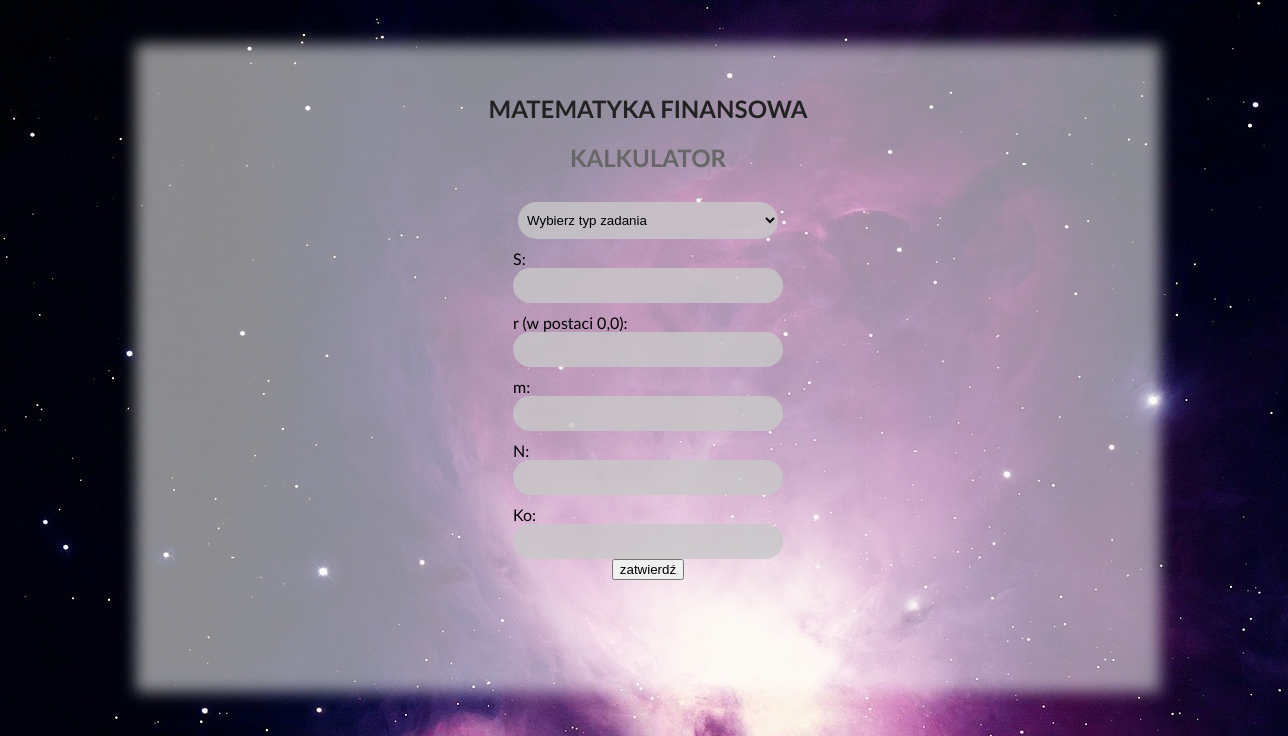
Repository: ravkita/MFCalc
Page: index.html
An editor plug-in stored every save of this project. The page is shown before and after the next save, followed by the edit.
The browser window is 1280 px wide. The page is 1288 px wide, so the pictures cover 1288 px, including what lies to the right of the window. The pictures show the whole page.

Above is the page before, as saved 2021-04-12 19:45:21.

After the next save:
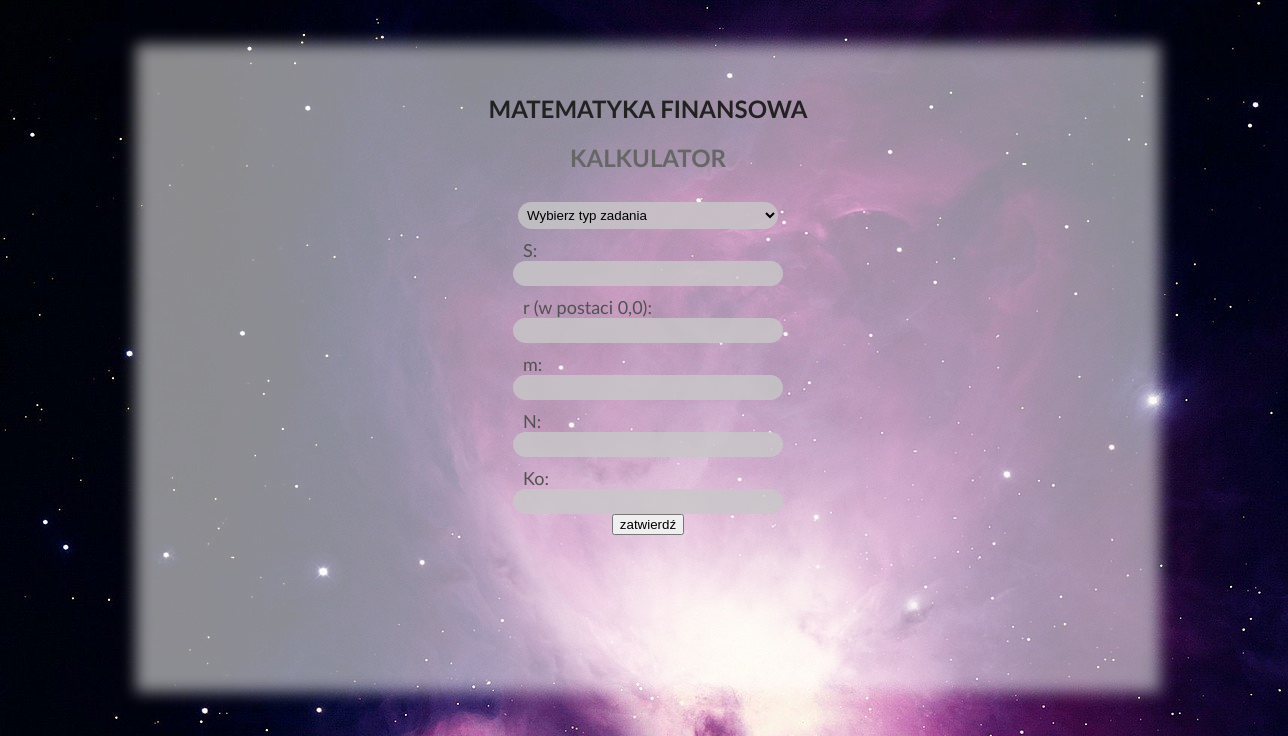
Saved 90 s later.
--- a/index.html
+++ b/index.html
@@ -68,7 +68,12 @@
             border: 0;
             background: rgba(201, 201, 201, 0.8);
             border-radius: 20px;
-            padding: 10px 5px;
+            padding: 5px;
+        }
+        label{
+            padding-left: 10px;
+            color: #525252;
+            font-size: 18px;
         }
     </style>
 </head>
